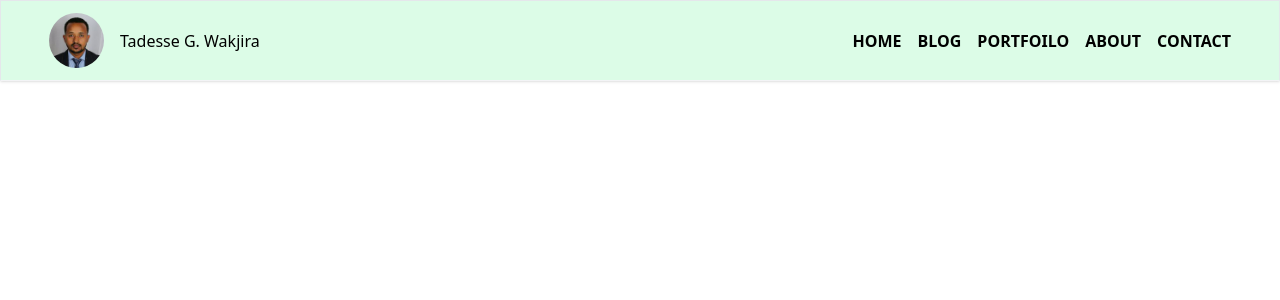
Repository: Elias-Kibret/Tade-portfoilo
Page: /
An editor plug-in stored every save of this project. The page is shown before and after the next save, followed by the edit.
The browser window is 1280 px wide. The pictures show the whole page.
The project was rebuilt for these pictures with package versions that can differ from the ones it lists, and the page was loaded fresh each time. The framework's server and built-in components were replaced by stand-ins that run in the browser. Also part of the build but not shown: next.config.js.

Above is the page before, as saved 2022-06-27 06:06:41.

### pages/index.tsx
import type { NextPage } from 'next'
import Head from 'next/head'
import Image from 'next/image'
import Header from '../components/Header'
const Home: NextPage = () => {
  return (
    <div>
      <Head>
        <title>Create Next App</title>
        <link rel="icon" href="/favicon.ico" />
      </Head>
      <Header/>
    </div>
  )
}

export default Home

### components/Header.tsx
import Head from "next/head"
import Link from "next/link"
import Image from "next/image"
import Logo from '../public/Img/Tadesse.jpg'
const Header = () => {
  return (
<header className="bg-green-100 px-12 py-3 shadow border  border-b-gray-100">
   <div className="flex justify-between items-center">
      <div className="flex items-center space-x-4">

       <Image className="rounded-full" src={Logo} alt="Taddes" width={55} height={55} />

        <span>Tadesse G. Wakjira</span>
      </div>
      <div>
        <nav className="flex list-none space-x-4 font-bold hidden md:inline-flex">
            <li >
                <Link href="">
                    <a> HOME</a>
                </Link>
            </li>
            <li>
                <Link href="">
                    <a> BLOG</a>
                </Link>
            </li>
            <li>
                <Link href="">
                    <a> PORTFOILO</a>
                </Link>
            </li>
            <li>
                <Link href="">
                    <a> ABOUT</a>
                </Link>
            </li>
            <li>
                <Link href="">
                    <a> CONTACT</a>
                </Link>
            </li>
        </nav>
      </div>
    </div>
</header>
  )
}

export default Header

Loaded but not shown: pages/_app.tsx (common file); styles/globals.css (common file); tailwind.config.js (common file)

After the next save:
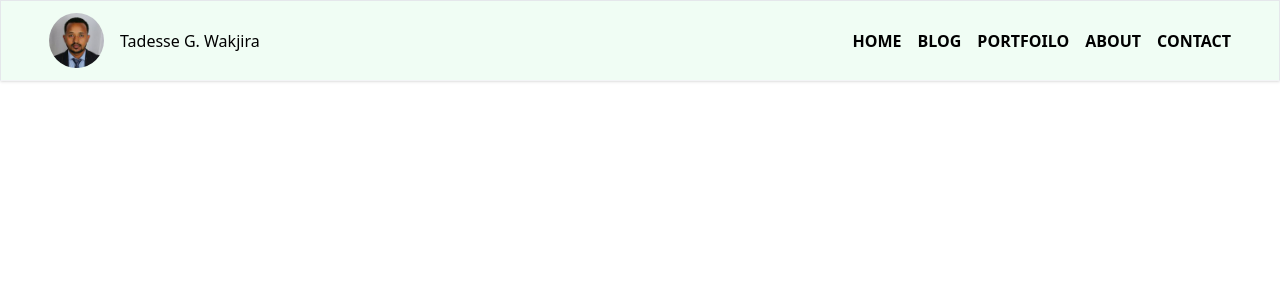
Saved 12 s later.
--- a/components/Header.tsx
+++ b/components/Header.tsx
@@ -4,7 +4,7 @@ import Image from "next/image"
 import Logo from '../public/Img/Tadesse.jpg'
 const Header = () => {
   return (
-<header className="bg-green-100 px-12 py-3 shadow border  border-b-gray-100">
+<header className="bg-green-50 px-12 py-3 shadow border  border-b-gray-100">
    <div className="flex justify-between items-center">
       <div className="flex items-center space-x-4">
 
